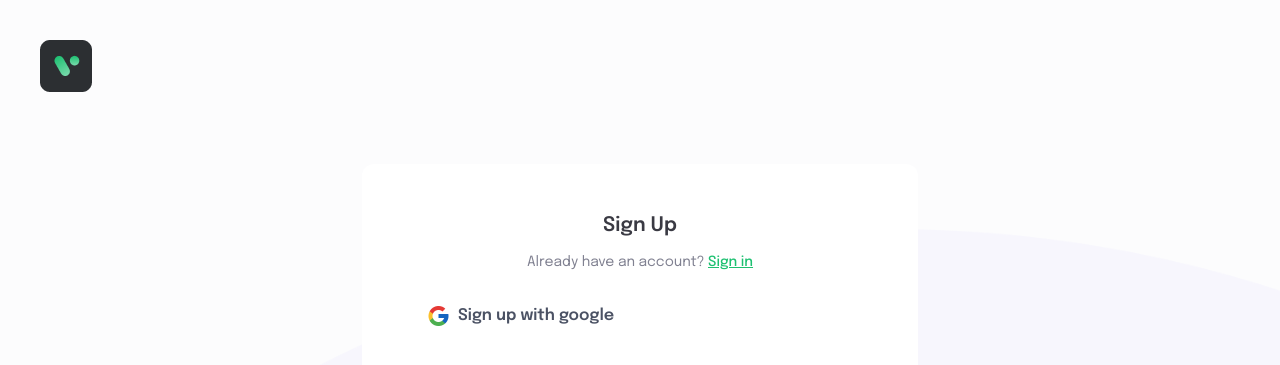
Repository: CarsonDev1/Crowfunding
Page: /sign-up
These files come from the project's save history. The page is drawn as it stood at one moment and after the next save; the edit follows.
The browser window is 1280 px wide. The pictures show the whole page.
The project was rebuilt for these pictures with package versions that can differ from the ones it lists, and the page was loaded fresh each time. Also part of the build but not shown: src/components/common/ErrorComponent.jsx, src/pages/SignIn.jsx.

Above is the page before, as saved 2023-04-06 23:23:58.

After the next save:
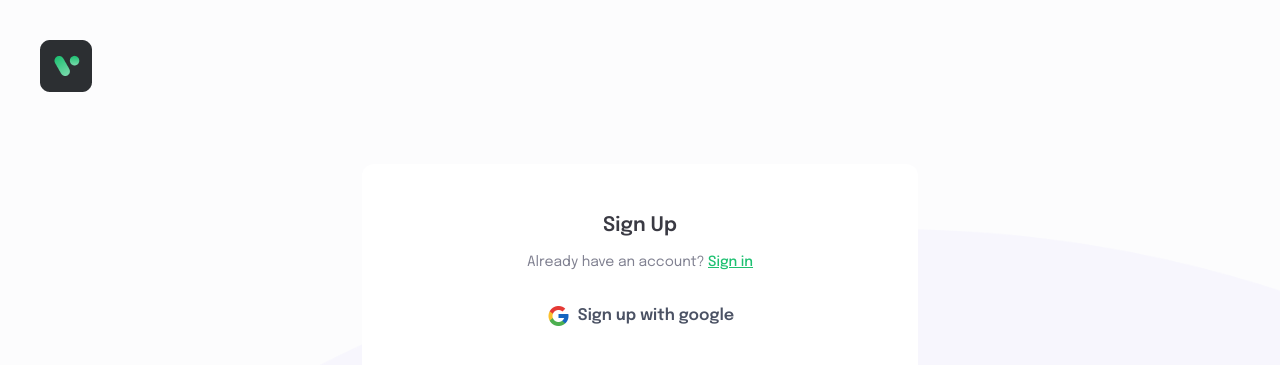
Saved 28 s later.
--- a/src/pages/SignUp.jsx
+++ b/src/pages/SignUp.jsx
@@ -11,7 +11,7 @@ function SignUp() {
 					Sign in
 				</Link>
 			</p>
-			<button className="flex items-center w-full gap-x-2">
+			<button className="flex items-center justify-center w-full gap-x-2">
 				<img srcSet="/icon/Google.png 2x" alt="icon-google" />
 				<span className="font-semibold text-text2">Sign up with google</span>
 			</button>
